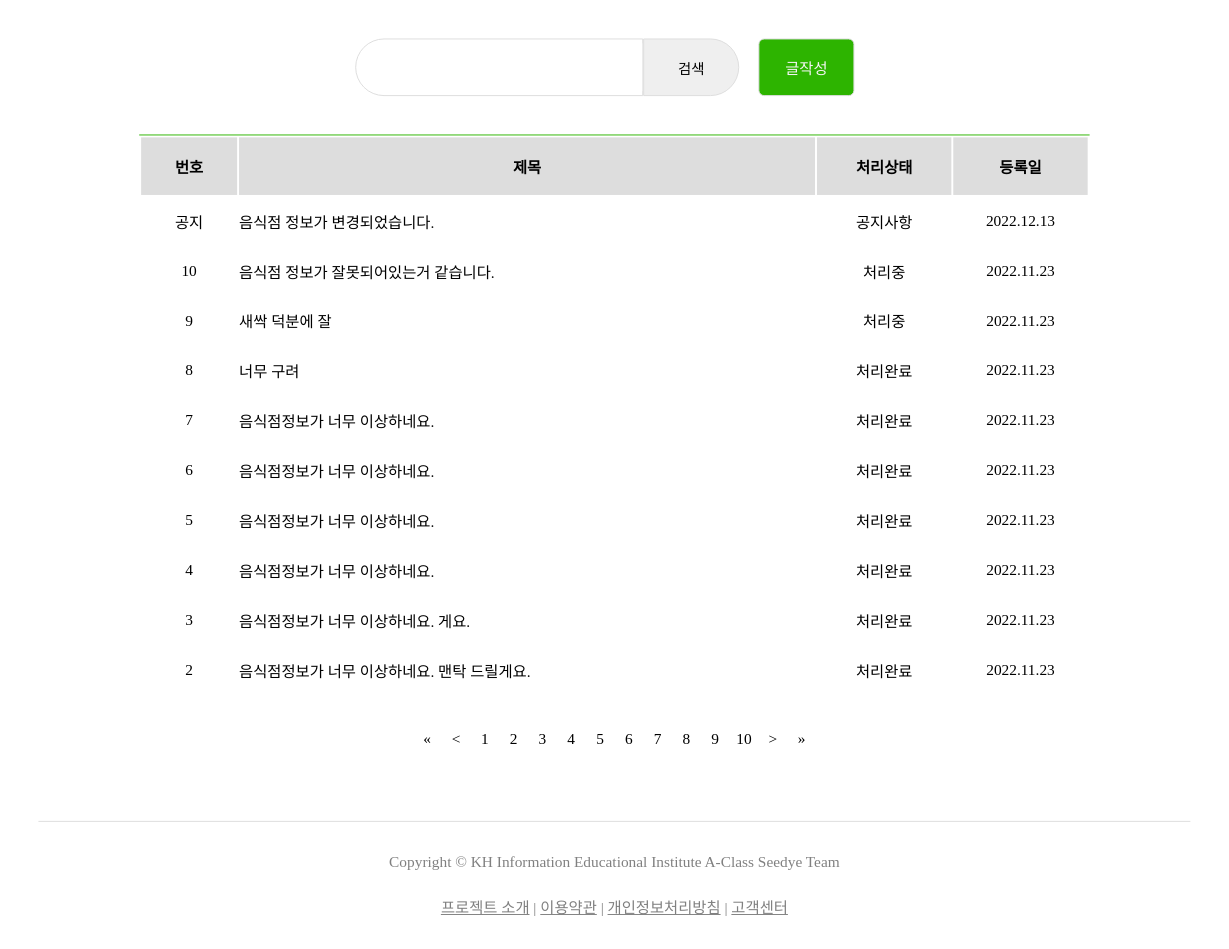
Repository: Seedye/Seedye
Page: team/src/main/webapp/html/board/board-list.html
An editor plug-in stored every save of this project. The page is shown before and after the next save, followed by the edit.
The browser window is 1280 px wide. The pictures show the part of the page from y = 423 to 1412 px (the page is 1412 px tall), at 96% of full size.
Some web fonts or font styles are not loaded; a fallback is used.

Above is the page before, as saved 2022-12-14 18:25:07.

After the next save:
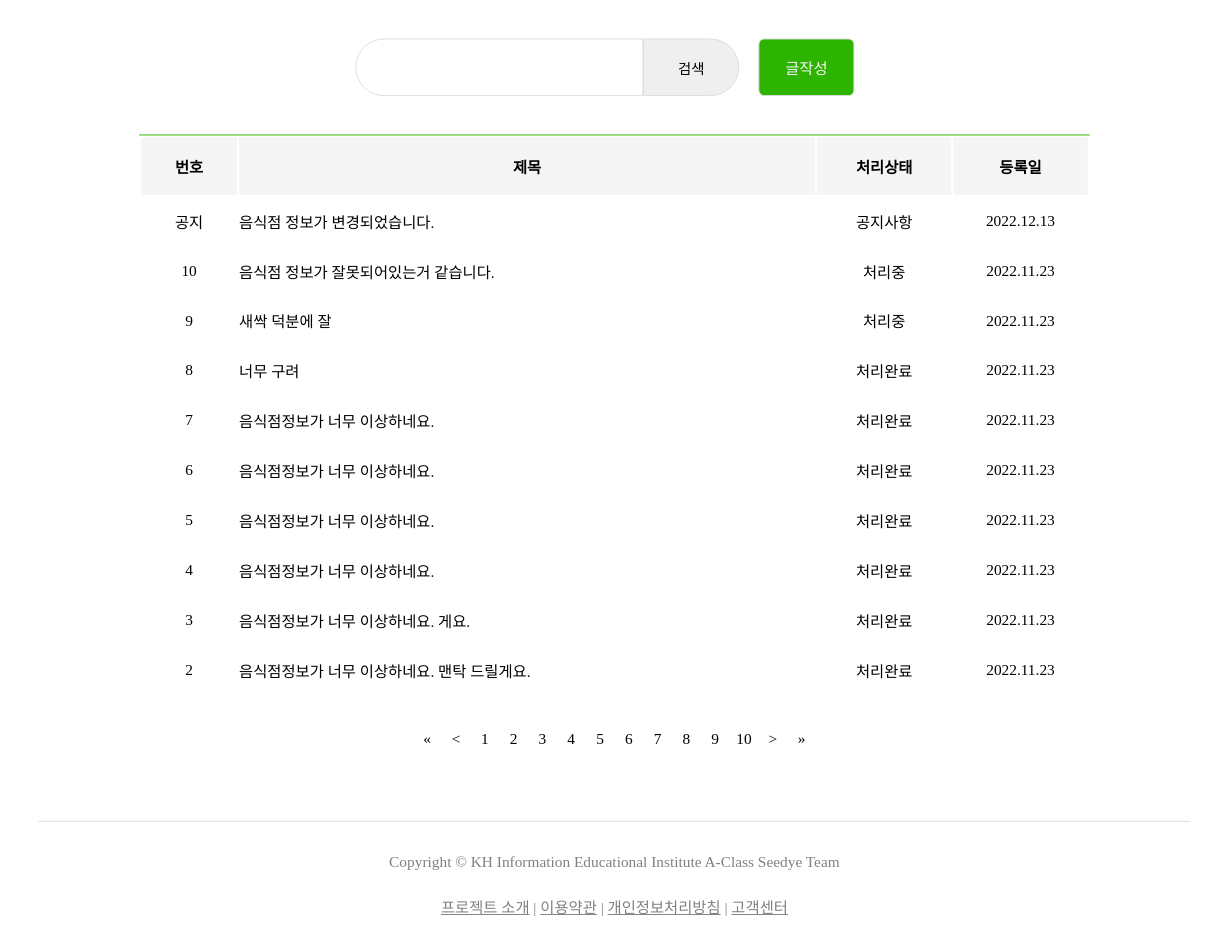
Saved 19 s later.
--- a/team/src/main/webapp/resources/css/boardList-style.css
+++ b/team/src/main/webapp/resources/css/boardList-style.css
@@ -93,7 +93,8 @@
 .board-list-thead{
   height: 60px;
   /* background-color: rgba(221, 221, 221, 0.623); */
-  background-color: #ddd;
+  /* background-color: #ddd; */
+  background-color: whitesmoke;
   border-top: 2px solid red;
 }
 .board-list-thead > tr{
